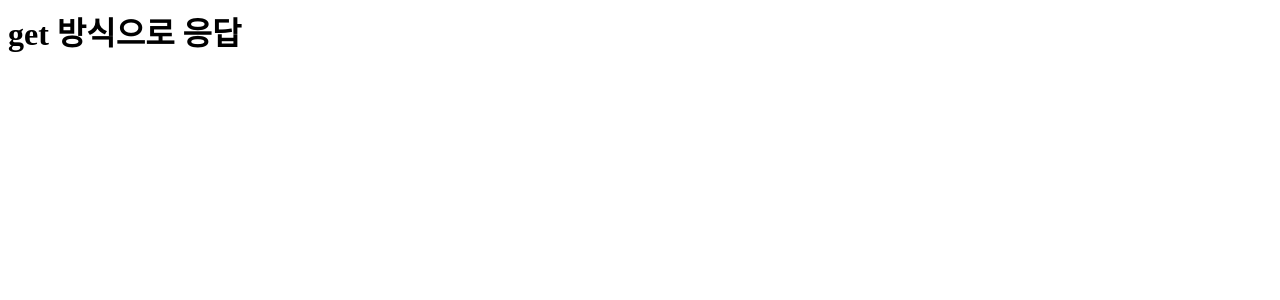
Repository: wonsookyeon/JSP_Study
Page: http://localhost/web-study-02/MethodServlet
These files come from the project's save history. The page is drawn as it stood at one moment and after the next save; the edit follows.
The browser window is 1280 px wide. The pictures show the whole page.
The page is served by Tomcat 9.

Above is the page before, as saved 2023-05-25 08:25:35.

After the next save:
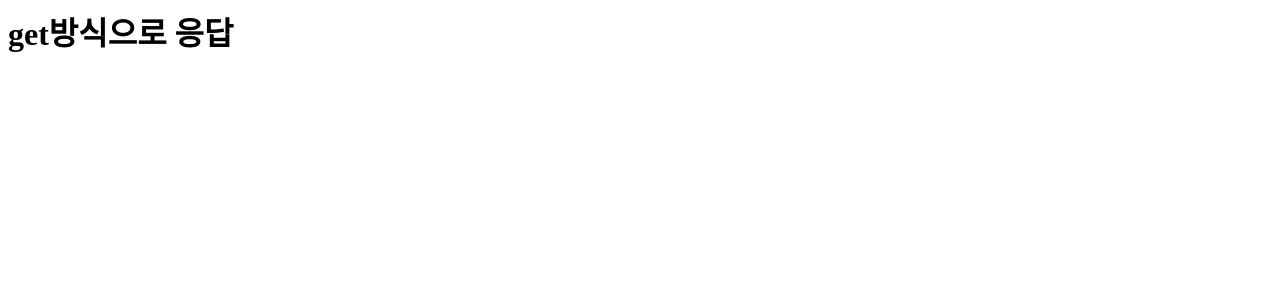
Saved 60 s later.
--- a/web-study-02/src/main/java/unit03/Method.java
+++ b/web-study-02/src/main/java/unit03/Method.java
@@ -17,7 +17,7 @@ public class Method extends HttpServlet {
 		response.setContentType("text/html; charset=utf-8");
 
 		PrintWriter out = response.getWriter();
-		out.print("<h1>get 방식으로 응답</h1>");
+		out.print("<h1>get방식으로 응답</h1>");
 		out.close();
 
 	}
